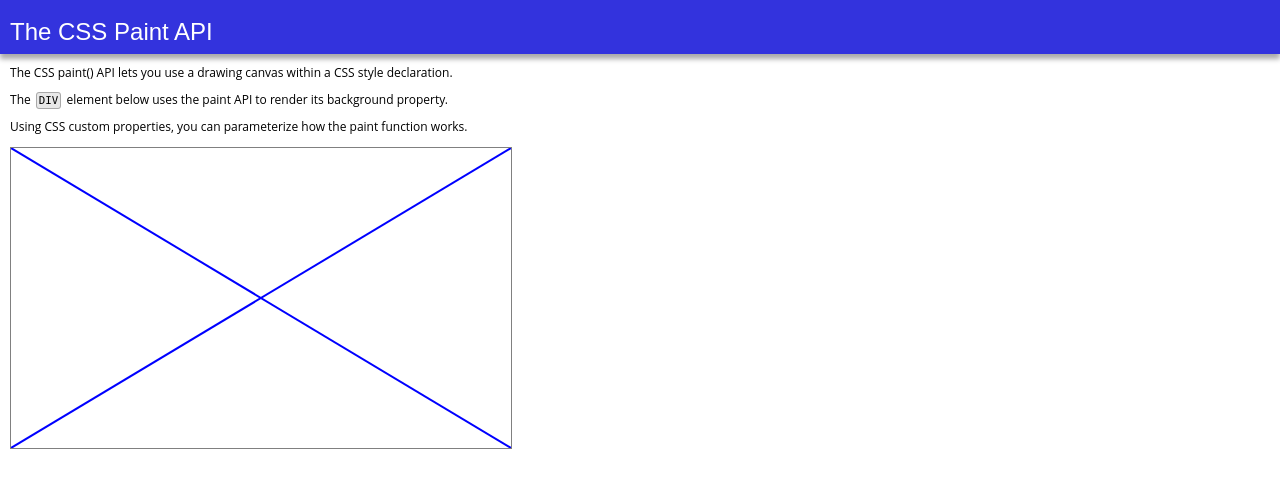
Repository: craig-o-curtis/browser-apis
Page: pages/csspaint.html
These files come from the project's save history. The page is drawn as it stood at one moment and after the next save; the edit follows.
The browser window is 1280 px wide. The pictures show the whole page.

Above is the page before, as saved 2020-05-17 17:09:50.

### pages/csspaint.html
<!doctype html>
<html>
    <head>
        <title>The CSS paint API</title>
        <style type="text/css">
            #targetElem {
                width: 500px;
                height: 300px;
                border: 1px solid gray;

                /* Use the paint API to paint the background of the box */
                background-image: paint(samplepainter);
                /* Define some custom properties to use in the paint function */
                --cross-thickness: 2;
                --cross-color: blue;
            }
        </style>
        <link rel="stylesheet" href="./style.css" />
    </head>

    <body>
        <h1>The CSS Paint API</h1>
        <div id="content">
            <p>The CSS paint() API lets you use a drawing canvas within a CSS style declaration.</p>
            <p>The <code>DIV</code> element below uses the paint API to render its background property.</p>
            <p>Using CSS custom properties, you can parameterize how the paint function works.</p>
            <div id="targetElem"></div>
        </div>
        <script>
            window.addEventListener("load", function () {
                // use feature detection to see if paintWorklet is supported
                if ('paintWorklet' in CSS) {
                    console.log("paintWorklet supported")

                    // add the paint worklet to our page
                    CSS.paintWorklet.addModule("csspaint.js");
                }
                else {
                    console.log("paintWorklet not supported")
                }
            })
        </script>
    </body>
</html>

### pages/style.css
/*
** Styles used in the jQuery Essential Training course materials
*/
body {
    font-family: "Open Sans", sans-serif;
    font-size: 12px;
    margin: 0;
    line-height: 1.2em;
}

body > h1 {
    background-color: #33d;
    color: white;
    font-family: Arial, Helvetica, sans-serif;
    font-weight: 100;
    margin:0;
    padding-left: 10px;
    padding-right: 10px;
    padding-top:25px;
    padding-bottom: 15px;
    box-shadow: 0px 5px 5px 0px rgba(171,171,171,1);
}

#content {
    margin: 10px;
}

#example {
    border: 1px solid gray;
    background-color: #b3c8d0;
    font-size:14px;
    padding-left: 10px;
    padding-right: 10px;
    min-height: 200px;
}

.box {
    border: 1px solid gray;
    background-color: #b3c8d0;
    font-size:14px;
    padding-left: 10px;
    padding-right: 10px;
    min-height: 200px;
    width: 300px;
}

.box p {
    margin: 0 1px 0 2px
}

.smallbox {
    border: 1px solid gray;
    background-color: #b3c8d0;
    font-size:14px;
    padding-left: 10px;
    padding-right: 10px;
    margin-bottom: 10px;
    margin-right: 0;
    margin-left: 0;
    min-height: 150px;
    width: 200px;
}

.inline {
    display: inline-block;
}

code {
    background-color: #e8e8e8;
    border: 1px solid #a8a8a8;
    border-radius: 3px;
    padding: 1px 2px;
    margin: 2px;
    font-family: "source-code-pro", Consolas, monospace;
    font-size: .9em;
}

li {
    line-height: 1.3em;
}

button {
    font-size: 14px;
    margin: 8px;
}

#eventDetails {
    border: 1px solid #aaa;
    margin-top: 8px;
    padding: 2px;
}

.lineitem {
    width: 120px;
    display: inline-block
}


canvas {
    border: 2px solid gray;
    margin-left: 5px;
    margin-right: 5px;
}

### pages/csspaint.js
if (typeof registerPaint !== "undefined") {
  // define a class to implement the paint worklet
  class SampleCSSPaint {
    // declare the properties that the class has access to
    static get inputProperties() {
      return ["--cross-thickness", "--cross-color"];
    }

    paint(ctx, size, props) {
      // get the custom property values
      let width = props.get("--cross-thickness");
      let color = props.get("--cross-color").toString();

      ctx.lineWidth = width;
      ctx.strokeStyle = color;

      ctx.beginPath();
      ctx.moveTo(0, 0);
      ctx.lineTo(size.width, size.height);
      ctx.stroke();

      ctx.beginPath();
      ctx.moveTo(size.width, 0);
      ctx.lineTo(0, size.height);
      ctx.stroke();
    }
  }

  // register the paint worklet for CSS
  registerPaint("samplepainter", SampleCSSPaint);
}

After the next save:
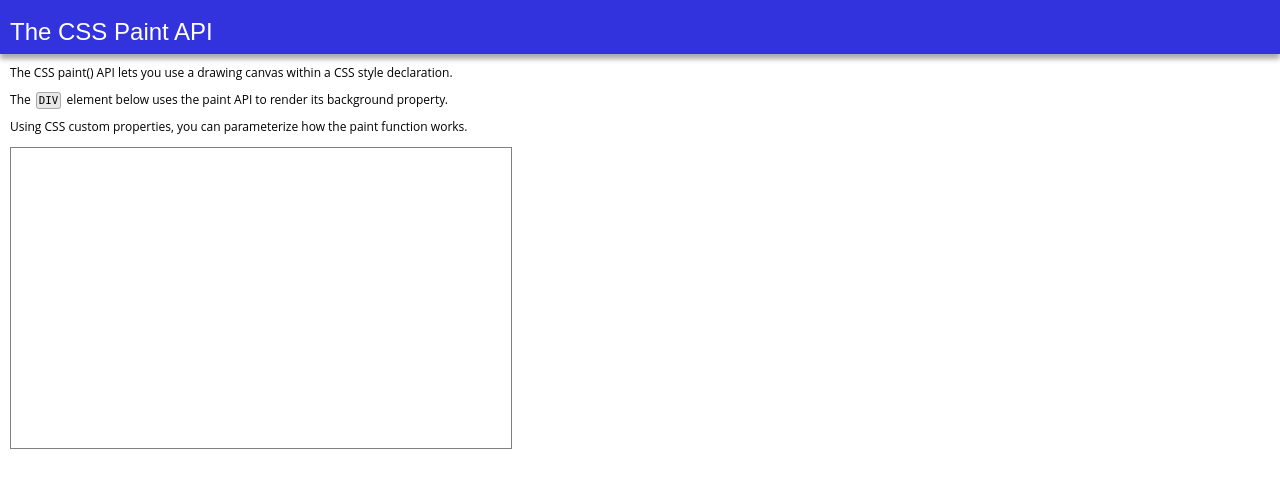
Console error: SyntaxError: Unexpected token ')'
Saved 72 s later.
--- a/pages/csspaint.js
+++ b/pages/csspaint.js
@@ -14,7 +14,7 @@
       ctx.lineWidth = width;
       ctx.strokeStyle = color;
 
-      ctx.beginPath();
+      ctx.beginPath(0,50%);
       ctx.moveTo(0, 0);
       ctx.lineTo(size.width, size.height);
       ctx.stroke();

After the save that followed:
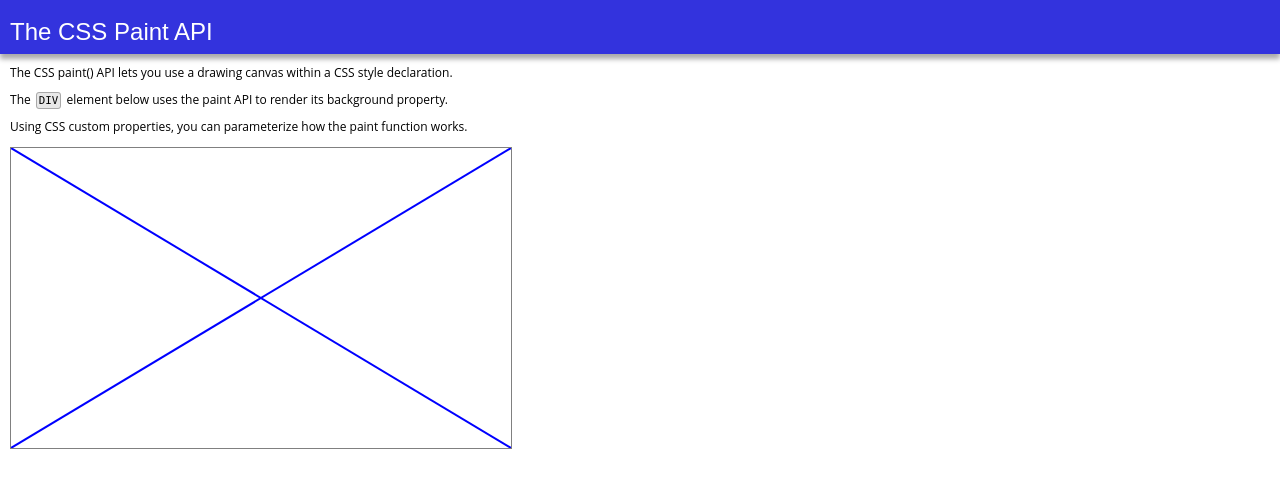
The error is gone.
Saved 6 s later.
--- a/pages/csspaint.js
+++ b/pages/csspaint.js
@@ -14,7 +14,7 @@
       ctx.lineWidth = width;
       ctx.strokeStyle = color;
 
-      ctx.beginPath(0,50%);
+      ctx.beginPath(0,'50%');
       ctx.moveTo(0, 0);
       ctx.lineTo(size.width, size.height);
       ctx.stroke();
